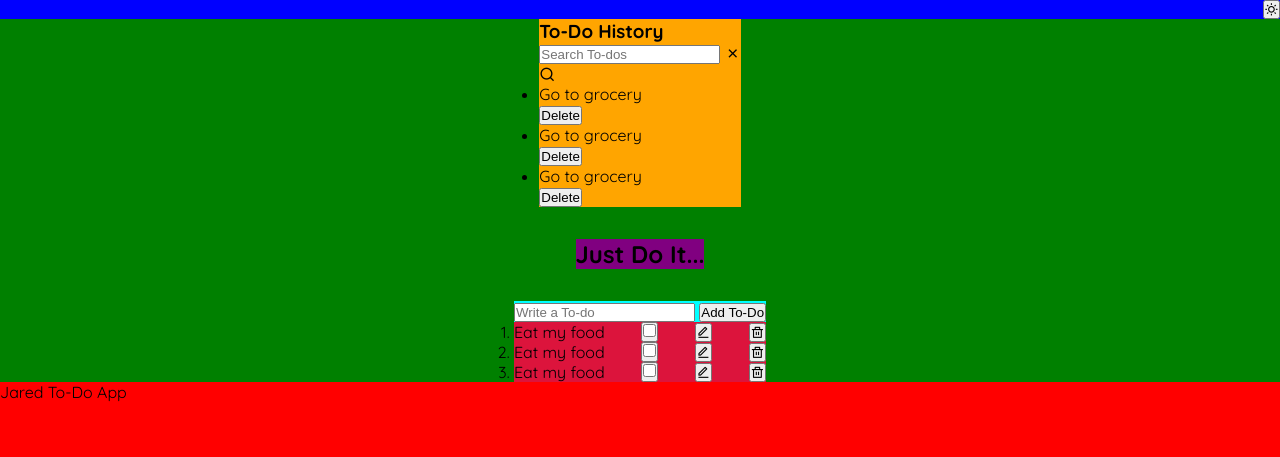
Repository: EguJaredoBoyd/Jared-ToDo-App
Page: main.html
These files come from the project's save history. The page is drawn as it stood at one moment and after the next save; the edit follows.
The browser window is 1280 px wide. The pictures show the whole page.
Some web libraries are served in a nearby version.

Above is the page before, as saved 2025-12-23 17:03:48.
Not found: js/to-do.j

After the next save:
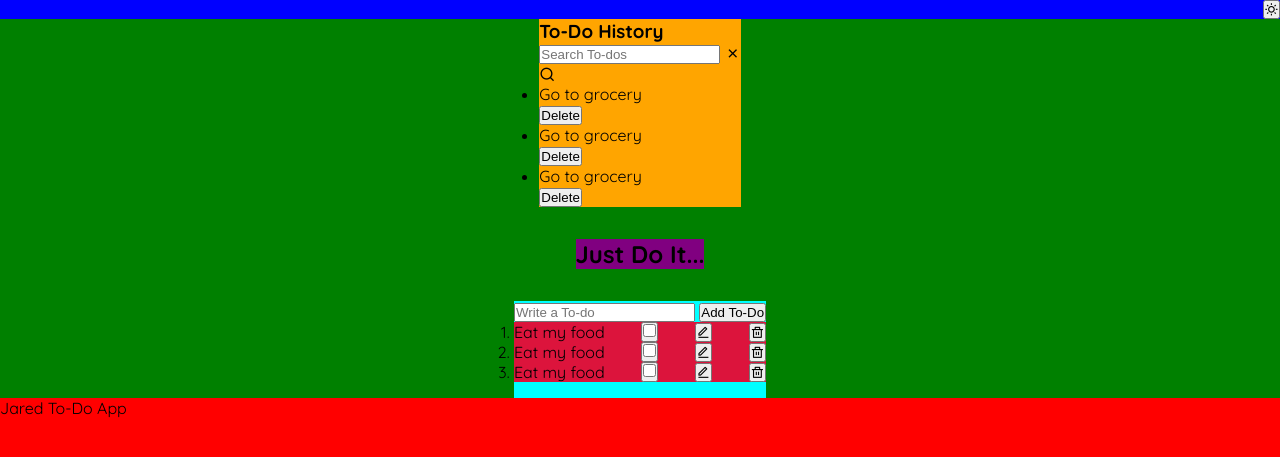
Saved 25 s later.
--- a/css/main.css
+++ b/css/main.css
@@ -58,7 +58,7 @@ main {
 }
 
 .task-list {
-  row-gap: 1rem;
+  margin-bottom: 1rem;
   background-color: chartreuse;
 }
 
